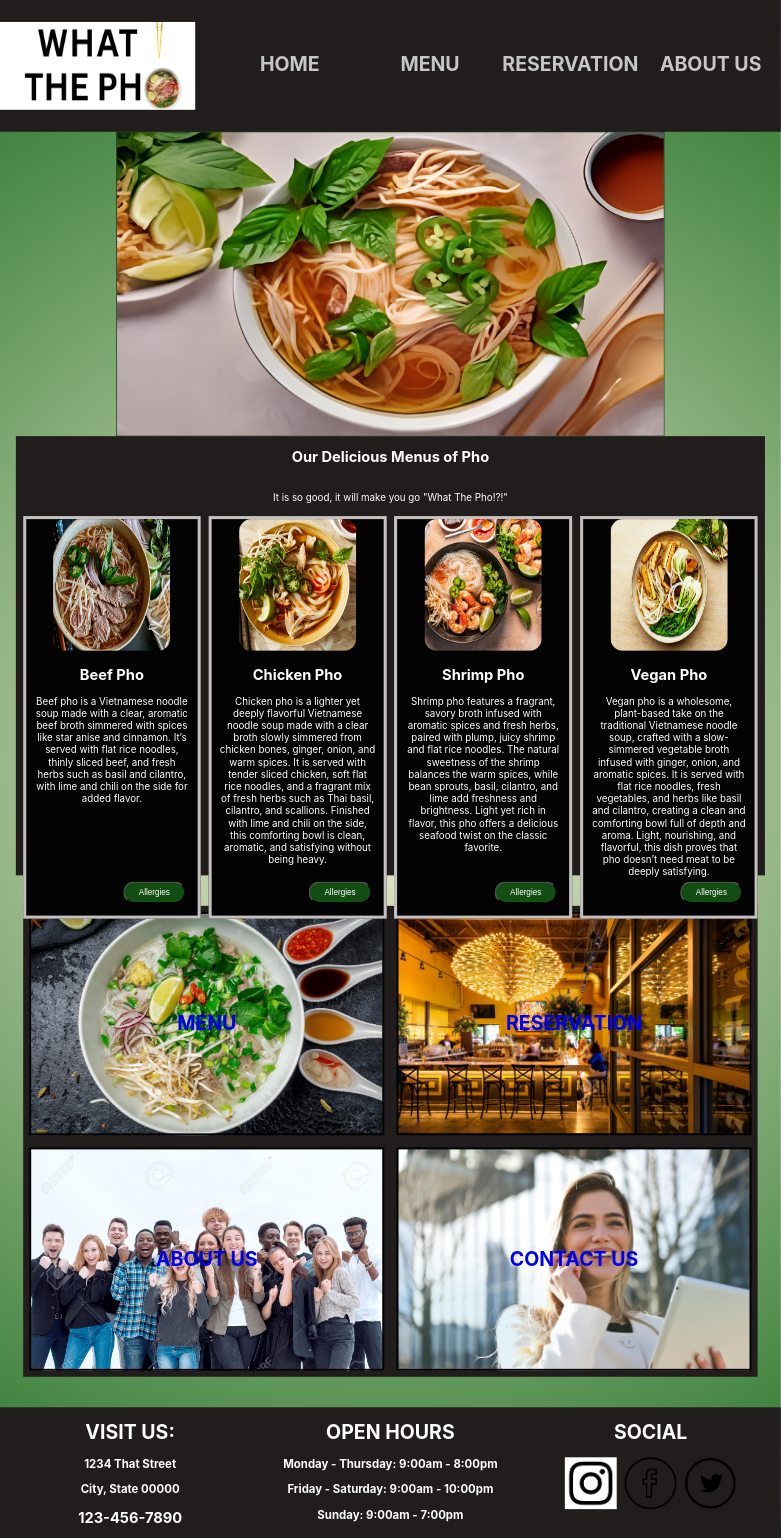
Repository: NguyenkhDang/Restaurant-Website
Page: /
An editor plug-in stored every save of this project. The page is shown before and after the next save, followed by the edit.
The browser window is 1280 px wide. The pictures show the whole page, at 61% of full size.
The project was rebuilt for these pictures with package versions that can differ from the ones it lists, and the page was loaded fresh each time. Also part of the build but not shown: src/Pages/MenuPage.js, src/CSS/ReservationForm.css, src/ReservationForm.js, src/Pages/ReservationPage.js, src/CSS/AboutUs.css, src/Pages/AboutUsPage.js, src/CSS/ContactUs.css, src/Pages/ContactUsPage.js.

Above is the page before, as saved 2026-01-18 22:56:09.

### src/index.js
import React from 'react';
import ReactDOM from 'react-dom/client';
import './index.css';
import App from './App';
import reportWebVitals from './reportWebVitals';
import { BrowserRouter } from "react-router-dom";


const root = ReactDOM.createRoot(document.getElementById("root"));
root.render(
  <BrowserRouter>
    <App />
  </BrowserRouter>
);

// If you want to start measuring performance in your app, pass a function
// to log results (for example: reportWebVitals(console.log))
// or send to an analytics endpoint. Learn more: https://bit.ly/CRA-vitals
reportWebVitals();

### src/App.js

import './App.css';

import NavigationBar from './NavigationBar';
import Footer from "./Footer"
import {Routes, Route} from "react-router-dom"



import HomePage from "./Pages/HomePage"
import MenuPage from "./Pages/MenuPage"
import ReservationPage from "./Pages/ReservationPage"
import AboutUsPage from "./Pages/AboutUsPage"
import ContactUsPage from "./Pages/ContactUsPage"

function App() {


  return (
    <div className="home">
      <NavigationBar />

      <Routes>
        <Route path="/" element={<HomePage />} />
        <Route path="/menu" element={<MenuPage />} />
        <Route path="/reservation" element={<ReservationPage />} />
        <Route path="/aboutUs" element={<AboutUsPage />} />
        <Route path="contactUs" element={<ContactUsPage />} />
      </Routes>

      <Footer />
  </div>
);
}

export default App;

### src/App.css
html{
  -ms-overflow-style: none;
  scrollbar-width: none;
}

.home {
  display: grid;
  margin: 0;
  padding: 0;

  background: radial-gradient(
    circle,
    rgba(245, 240, 213, 1) 0%,
    rgba(38, 115, 42, 1) 100%
  );
  place-items: center;
  text-align: center;
  color: white;
}


html::-webkit-scrollbar {
  display: none;
}

### src/NavigationBar.js
import "./CSS/NavigationBar.css"
import Logo from "./image/CustomLogo2.png"
import { Link } from "react-router-dom"
const NavigationBar = () =>{



  return (
    <div className="navbar">
      <div className="logoImage">
        <img src= {Logo} />
      </div>
      <div className="wholeNavBar">
        <ul>
          <li>
            <Link className="nav-link nav-link-fade-up" to="/">HOME</Link>
          </li>
          <li>
            <Link className="nav-link nav-link-fade-up" to="/menu">MENU</Link>
          </li>
          <li>
            <Link className="nav-link nav-link-fade-up" to="/reservation">RESERVATION</Link>
          </li>
          <li>
            <Link className="nav-link nav-link-fade-up" to="/aboutUs">ABOUT US</Link>
          </li>
        </ul>

      </div>
    </div>
  )


}

export default NavigationBar

### src/Footer.js
import "./CSS/Footer.css"
import InstagramIcon from "./image/instagramIcon.png"
import FacebookIcon from "./image/facebookIcon.png"
import TwitterIcon from "./image/twitterIcon.png"
const Footer = () =>{

  return(
    <div className="footer">
      <div>
        <h1>VISIT US:</h1>
        <h3>1234 That Street</h3>
        <h3>City, State 00000</h3>

        <h2>123-456-7890</h2>
      </div>
      <div>
        <h1>OPEN HOURS</h1>
        <h3>Monday - Thursday: 9:00am - 8:00pm</h3>
        <h3>Friday - Saturday: 9:00am - 10:00pm</h3>
        <h3>Sunday: 9:00am - 7:00pm</h3>
      </div>
      <div>
        <h1>SOCIAL</h1>
        <a href="https://www.instagram.com/" target="_blank"><img src={InstagramIcon}/></a>
        <a href="https://www.facebook.com/" target="_blank"><img src={FacebookIcon}/></a>
        <a href="https://x.com/" target="_blank"><img src={TwitterIcon}/></a>
      </div>

    </div>
  )

}

export default Footer

### src/Pages/HomePage.js
import BackgroundImage from "../image/pho.jpg"
import BeefPho from "../image/beefPho.png"
import ChickenPho from "../image/chickenPho.jpg"
import ShrimpPho from "../image/shrimpPho.png"
import VeganPho from "../image/veganPho.jpg"

import ReadMore from "../Readmore"
import SectionContainer from "../SectionContainer"
import '../CSS/Home.css';

const HomePage = () =>{
  return(
    <>
      <img
        src={BackgroundImage}
        style={{maxWidth: "70vw", height: "auto", border: "1px solid black"}}
        alt="Pho Photo"
        />


      <div className="menu">
        <h2>Our Delicious Menus of Pho</h2>
        <p>It is so good, it will make you go "What The Pho!?!"</p>
        <div className="foodContainer">
          <div>
            <ReadMore
            image={BeefPho}
            title="Beef Pho"
            description="Beef pho is a Vietnamese noodle soup made with a clear, aromatic beef broth simmered with spices like star anise and cinnamon. It’s served with flat rice noodles, thinly sliced beef, and fresh herbs such as basil and cilantro, with lime and chili on the side for added flavor."
            allergies={[
              "Soy: hoisin sauce, soy sauce",
              "Fish: fish sauce",
              "Gluten: possible in sauces",
              "Shellfish: may be present",
              "Spices: star anise, cinnamon, cloves"
            ]}
          />

          </div>
          <div>
            <ReadMore
            image={ChickenPho}
            title="Chicken Pho"
            description="Chicken pho is a lighter yet deeply flavorful Vietnamese noodle soup made with a clear broth slowly simmered from chicken bones, ginger, onion, and warm spices. It is served with tender sliced chicken, soft flat rice noodles, and a fragrant mix of fresh herbs such as Thai basil, cilantro, and scallions. Finished with lime and chili on the side, this comforting bowl is clean, aromatic, and satisfying without being heavy."
            allergies={[
              "Soy: sauces",
              "Fish: fish sauce",
              "Spices: ginger, coriander"
            ]}
          />
          </div>
          <div>
            <ReadMore
            image={ShrimpPho}
            title="Shrimp Pho"
            description="Shrimp pho features a fragrant, savory broth infused with aromatic spices and fresh herbs, paired with plump, juicy shrimp and flat rice noodles. The natural sweetness of the shrimp balances the warm spices, while bean sprouts, basil, cilantro, and lime add freshness and brightness. Light yet rich in flavor, this pho offers a delicious seafood twist on the classic favorite."
            allergies={[
              "Shellfish: shrimp",
              "Fish: fish sauce",
              "Soy: sauces"
            ]}
          />
          </div>
          <div>
            <ReadMore
            image={VeganPho}
            title="Vegan Pho"
            description="Vegan pho is a wholesome, plant-based take on the traditional Vietnamese noodle soup, crafted with a slow-simmered vegetable broth infused with ginger, onion, and aromatic spices. It is served with flat rice noodles, fresh vegetables, and herbs like basil and cilantro, creating a clean and comforting bowl full of depth and aroma. Light, nourishing, and flavorful, this dish proves that pho doesn’t need meat to be deeply satisfying."
            allergies={[
              "Soy: tofu, sauces",
              "Gluten: possible in sauces"
            ]}
          />
          </div>
        </div>
      </div>
      <SectionContainer />
    </>
  )
}
export default HomePage

### src/CSS/NavigationBar.css
.navbar{
  background-color: rgb(34, 29, 29);
  display: grid;
  grid-template-columns: 25% 75%;
  width: 100vw;
  height: 25vh;
  padding-top: 5vh;
}
.wholeNavBar{
  height: 10vh;
}

.logoImage img{
  height: 20vh;
  width: 25vw;
  object-fit: fill;
  object-position: center;
}

ul{
  align-items: center;
  list-style-type: none;
  display: grid;
  place-items: center;
  grid-template-columns: 1fr 1fr 1fr 1fr;
  margin-top: 7vh;
}
ul li a{
  padding: none;
  font-size: 2em;
  text-align: center;
}
ul li{
  padding: none;
}
.nav-link {
  font-weight: bold;
  font-size: 2em;
  text-decoration: none;
  color: #ffffff;
  display: inline-block;
  position: relative;
  opacity: 0.75;
  padding-bottom: 1px;
}

.nav-link:hover {
  opacity: 1;
}

.nav-link::before {
  transition: 300ms;
  height: 5px;
  content: "";
  position: absolute;
  background-color: #c1c7cf;
}
.nav-link-fade-up::before {
  width: 100%;
  bottom: 5px;
  opacity: 0;
}

.nav-link-fade-up:hover::before {
  bottom: 0px;
  opacity: 1;
}

### src/CSS/Footer.css
.footer{
  background-color: rgb(34, 29, 29);
  display: grid;
  grid-template-columns: repeat(3, 1fr);
  width: 100vw;
}

.footer img{
  width: 20%;
}

.footer a{
  margin: 0 0.5vw;
}

### src/Readmore.js
import { useState } from "react";
import "./CSS/Readmore.css"
function ReadMore({ image, title, description, allergies }) {
  const [showMore, setShowMore] = useState(false);

  return (
    <div className={`descriptionContainer ${showMore ? "isExpand ": ""}`}>
      <img src={image} style={{ width: "15vw", height: "30vh" }} alt={title} />

      <h2>{title}</h2>

      <p>
        {description}

        {showMore && (
          <ul className="list">
            {allergies.map((item, index) => (
              <li key={index}>{item}</li>
            ))}
          </ul>
        )}
      </p>

      <button className="btnShowMore" onClick={() => setShowMore(!showMore)}>
        {showMore ? "Close" : "Allergies"}
      </button>
    </div>
  );
}
export default ReadMore;

### src/SectionContainer.js
import "./CSS/SectionContainer.css"

import MenuImage from "./image/menuImage.jpg"
import ReservationImage from "./image/reservationImage.jpg"
import AboutUsImage from "./image/aboutusImage.jpg"
import ContactusImage from "./image/contactusImage.jpg"

import { Link } from "react-router-dom"
const SectionContainer = ()=>{

  return(
    <div className="containerMain">

      <Link to="/menu">
        <div style={{ backgroundImage: `url(${MenuImage})`}}>
          <h1>MENU</h1>
        </div>
      </Link>


      <Link to="/reservation">
        <div style={{ backgroundImage: `url(${ReservationImage})`}}>
          <h1>RESERVATION</h1>
        </div>
      </Link>

      <Link to="/aboutUs">
        <div style={{ backgroundImage: `url(${AboutUsImage})`}}>
          <h1>ABOUT US</h1>
        </div>
      </Link>

      <Link to="/contactUs">
        <div style={{ backgroundImage: `url(${ContactusImage})`}}>
          <h1>CONTACT US</h1>
        </div>
      </Link>
    </div>
  )
}

export default SectionContainer;

### src/CSS/Home.css
.menu {
  display: grid;
  grid-template-rows: repeat(3, 1fr);
  place-items: center;
  gap: 5px;

  width: 96vw;
  height: 100vh;
  margin: 0 2vw;

  background-color: rgb(34, 29, 29);
}

.foodContainer {
  display: grid;
  grid-template-columns: repeat(4, 1fr);
  place-items: center;
  height: auto;
  gap: 1vw;
  padding: 0;
}


#label{
  font-weight: bolder;
  font-size: 1.25em;
}

### src/CSS/Readmore.css
.descriptionContainer{
  display: block;
  width: 20vw;
  height: auto;
  min-height: 650px;
  padding-top: 2.5vh;
  position: relative;
  overflow: hidden;
  transition: all 0.5s ease-in-out;
  background-color: rgb(3, 3, 3);
  border: 5px solid rgb(197, 193, 193);
  padding: 0 1vw;
  margin-bottom: 50px ;
}
.descriptionContainer.isExpand{
  min-height: 720px;
}
.descriptionContainer img{
  width: 20%;
  height: 20%;
  border-radius: 20px;
}
.list{
  display: grid;
  grid-template-columns: repeat(1, 1fr);
}
.list li{
  height: auto;
  width: 70%;
}

.btnShowMore{
  background-color: rgb(19, 77, 19);
  position: absolute;
  bottom: 20px;
  right: 20px;
  height: 5vh;
  width: 8vw;
  border-radius: 50px ;
  color: white
}

### src/CSS/SectionContainer.css
.containerMain{
  display: grid;
  background-color: rgb(34, 29, 29);
  grid-template-columns: repeat(2, 1fr);
  grid-template-rows: repeat(2, 1fr);
  margin-top: 50px;
  margin-bottom: 50px;
}

.containerMain div{
  display: flex;
  justify-content: center;
  align-items: center;
  text-align: center;
  width: 45vw;
  height: 50vh;
  margin: 10px;

  background-size: cover;
  background-position: center;
  background-repeat: no-repeat;

  border: 3px solid black;
}
.containerMain a{
  font-weight: bold;
  text-decoration: none;
}
.containerMain div h1:hover{
  background-color: black;
}
.containerMain a:hover{
  opacity: 0.5;
}

Loaded but not shown: public/index.html (common file); src/index.css (common file); src/reportWebVitals.js (common file)

After the next save:
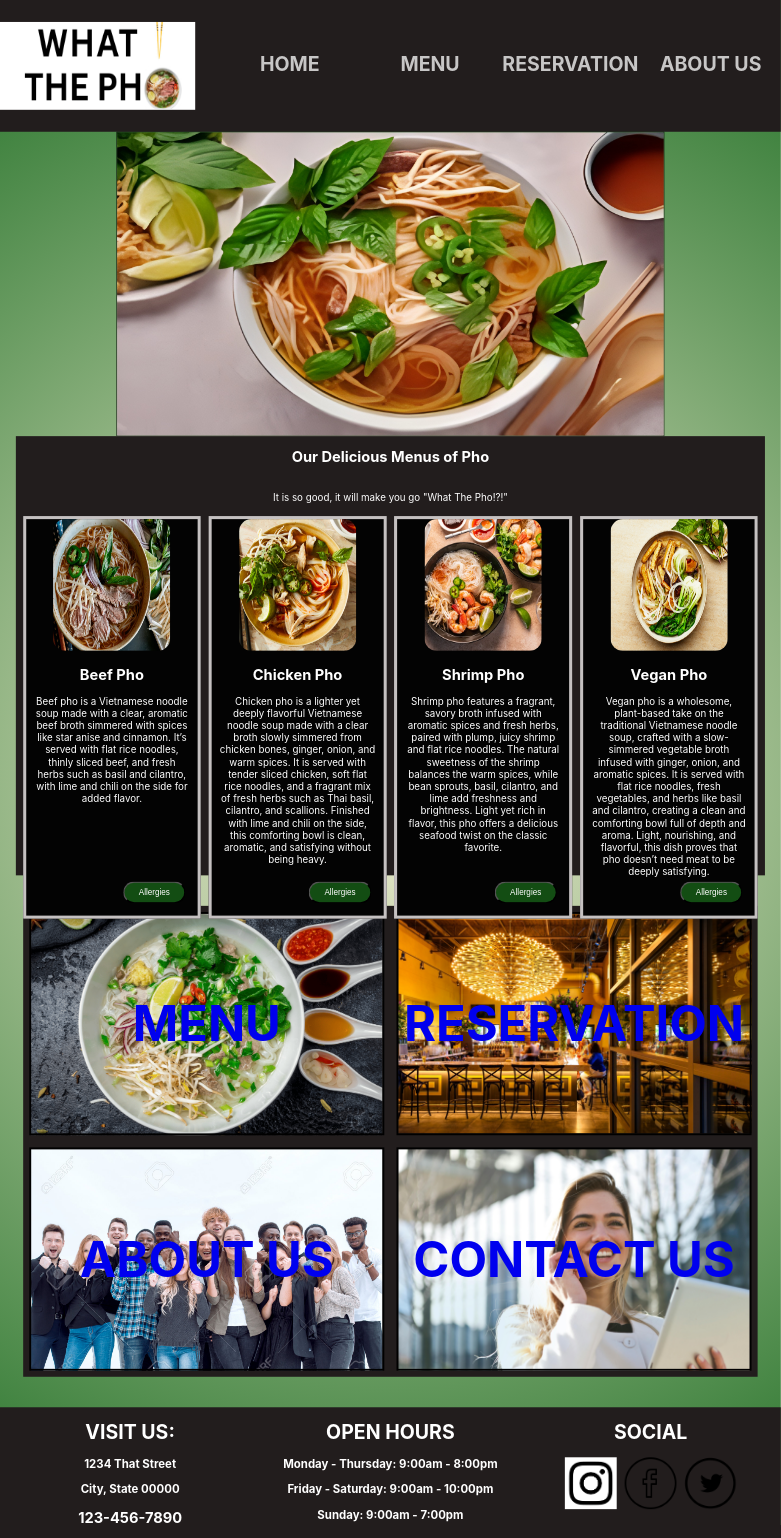
Saved 5 s later.
--- a/src/CSS/SectionContainer.css
+++ b/src/CSS/SectionContainer.css
@@ -24,7 +24,7 @@
 }
 .containerMain a{
   font-weight: bold;
-  text-decoration: none;
+  text-decoration: none;font-size: 2.5em;
 }
 .containerMain div h1:hover{
   background-color: black;

After the save that followed:
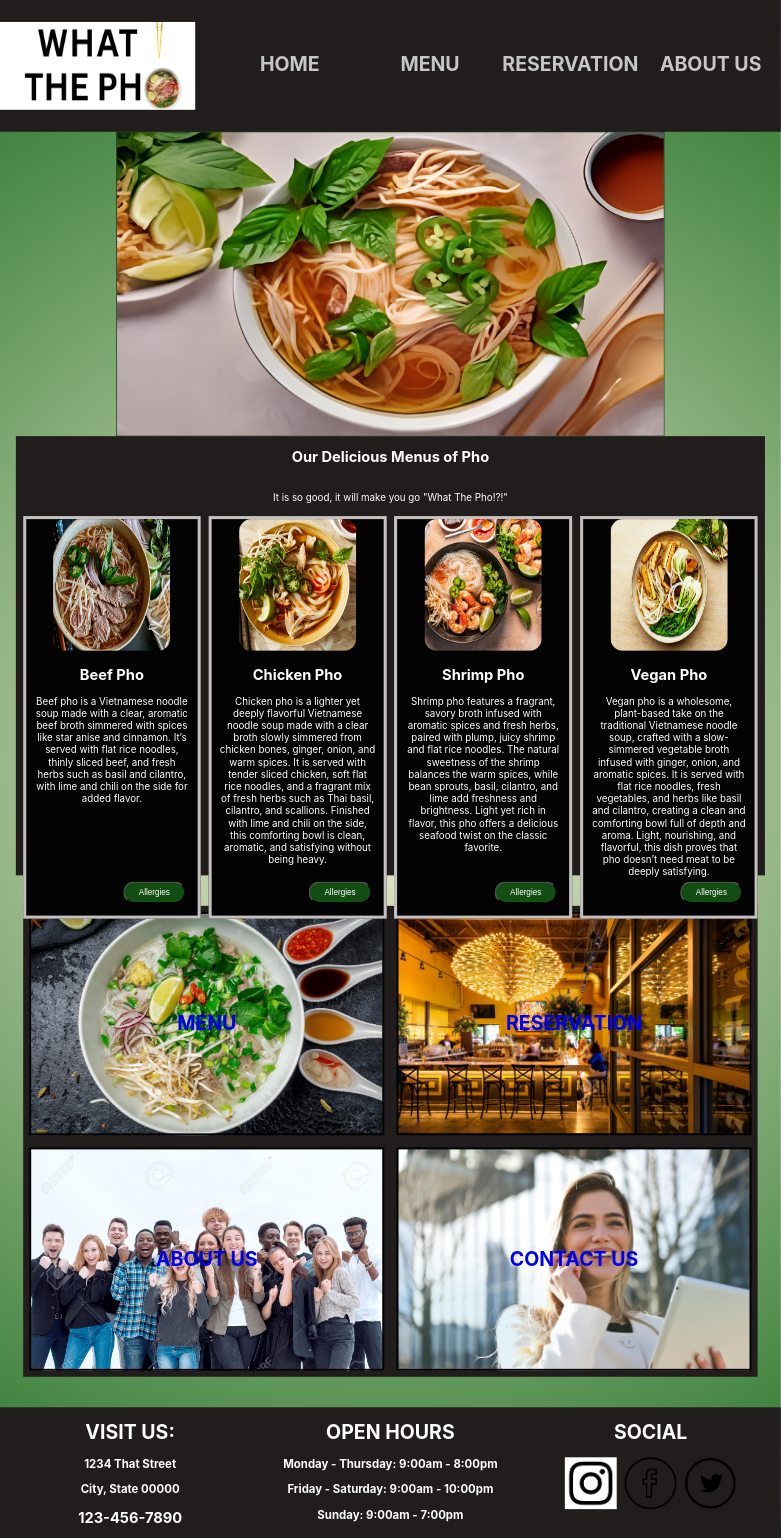
Saved 6 s later.
--- a/src/CSS/SectionContainer.css
+++ b/src/CSS/SectionContainer.css
@@ -24,7 +24,8 @@
 }
 .containerMain a{
   font-weight: bold;
-  text-decoration: none;font-size: 2.5em;
+  text-decoration: none;
+  font-size: 1em;
 }
 .containerMain div h1:hover{
   background-color: black;
